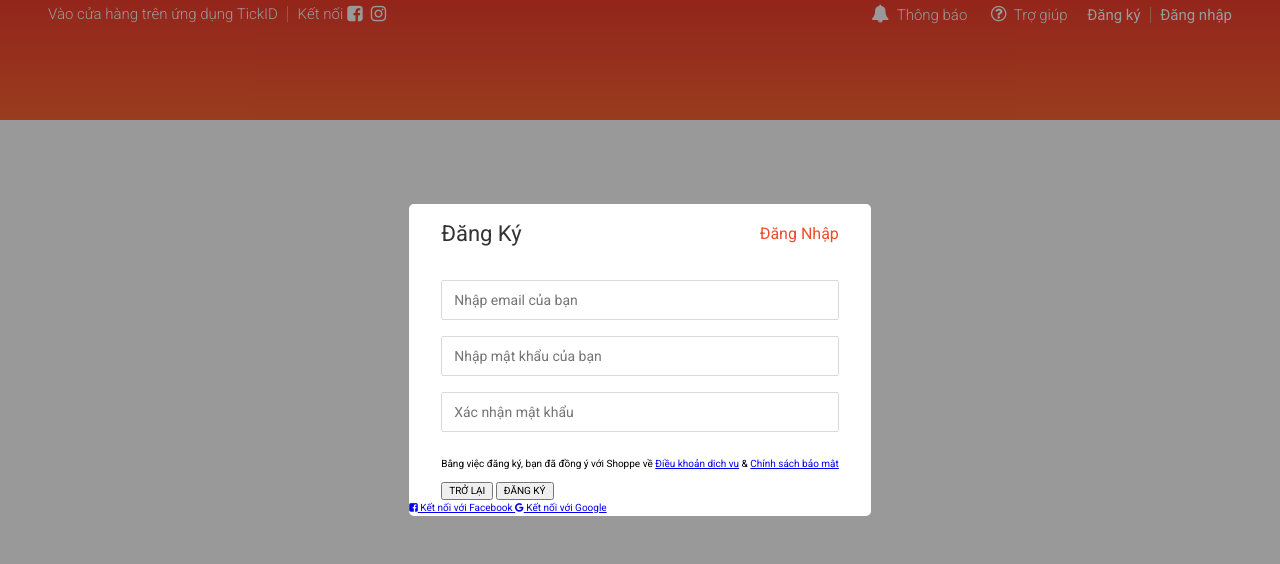
Repository: huydev0401/F8-Shop
Page: index.html
These files come from the project's save history. The page is drawn as it stood at one moment and after the next save; the edit follows.
The browser window is 1280 px wide. The pictures show the whole page.

Above is the page before, as saved 2021-08-12 16:07:50.

After the next save:
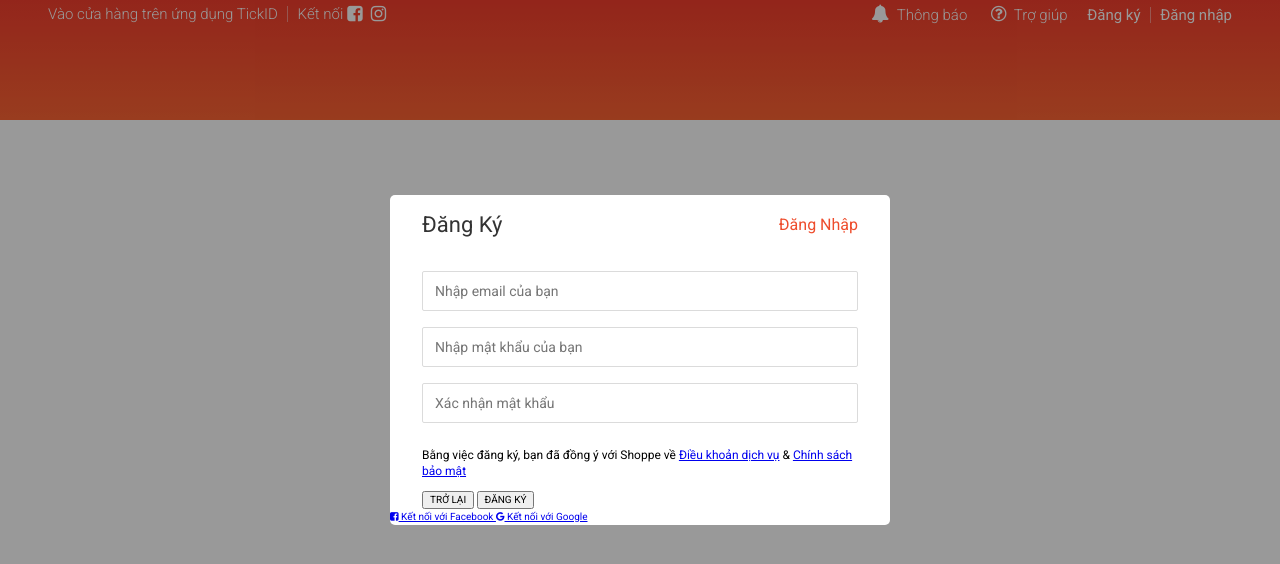
Saved 28 s later.
--- a/assets/css/main.css
+++ b/assets/css/main.css
@@ -292,3 +292,7 @@
 .authe-form__aside {
     margin-top: 24px;
 }
+
+.authe-form__text-text {
+    font-size: 1.2rem;
+}
